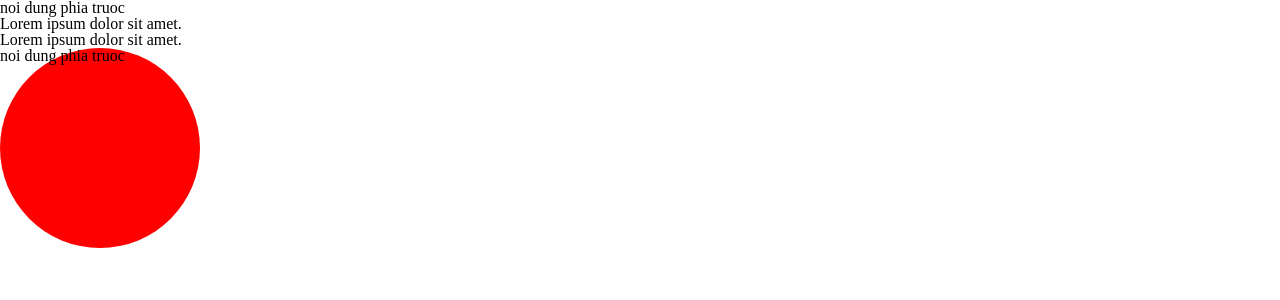
Repository: hoang71299/fe_26
Page: noti/index.html
These files come from the project's save history. The page is drawn as it stood at one moment and after the next save; the edit follows.
The browser window is 1280 px wide. The pictures show the whole page.

Above is the page before, as saved 2023-04-06 23:59:05.

After the next save:
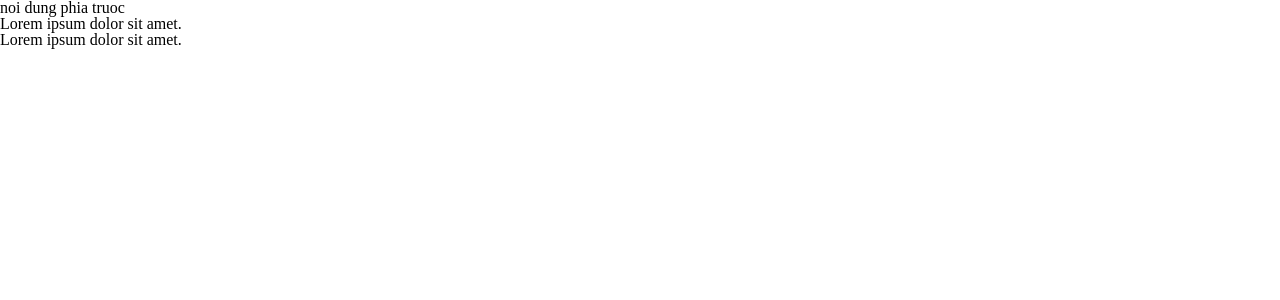
Saved 3 min 38 s later.
--- a/noti/style.css
+++ b/noti/style.css
@@ -40,11 +40,3 @@
   content: "noi dung phia truoc";
 }
 .box::after{
-  content: "noi dung phia truoc";
-  display: inline-block;
-
-  width: 200px;
-  height: 200px;
-  background-color: red;
-  border-radius: 100rem;
-}
